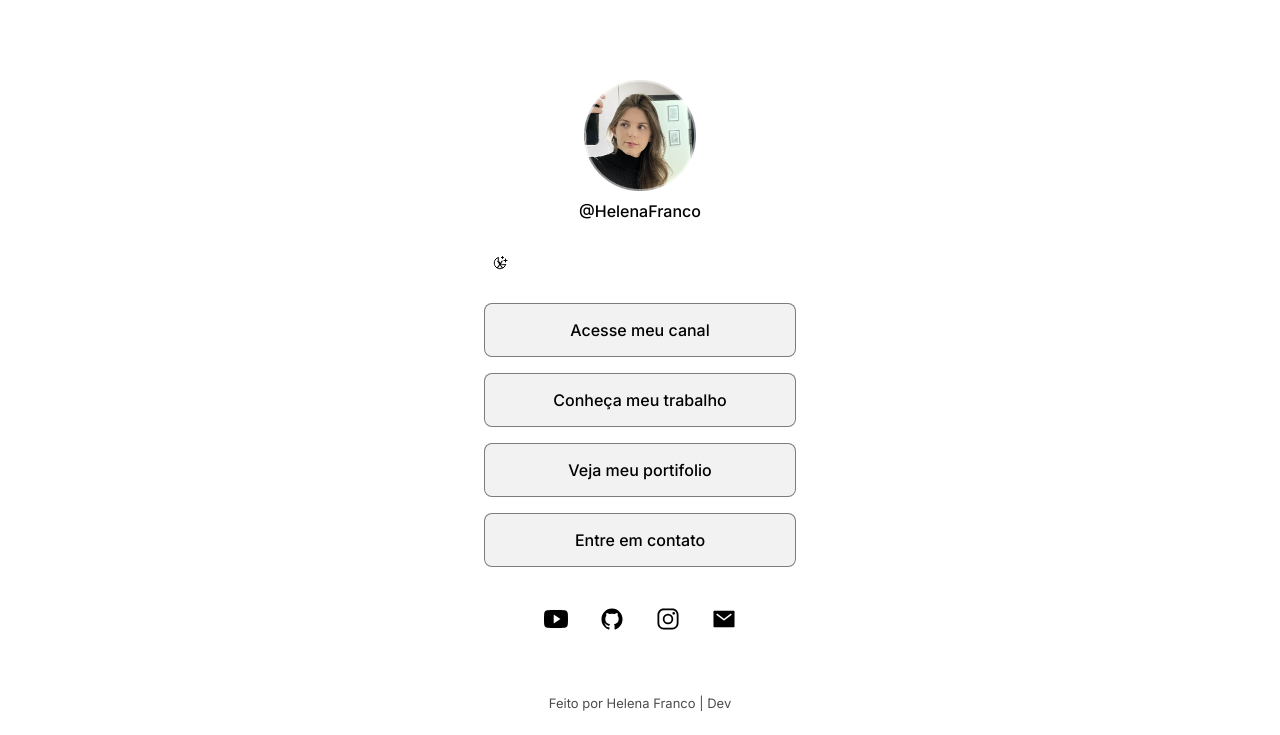
Repository: Fr4nc021/Pagina-de-links-
Page: index.html
An editor plug-in stored every save of this project. The page is shown before and after the next save, followed by the edit.
The browser window is 1280 px wide. The pictures show the whole page.

Above is the page before, as saved 2025-02-15 21:08:45.

### index.html
<!DOCTYPE html>
<html lang="pt-br" class="light">
    <head>
    <link rel="preconnect" href="https://fonts.googleapis.com" />
    <link rel="preconnect" href="https://fonts.gstatic.com" crossorigin
    />
    <link
    href="https://fonts.googleapis.com/css2?family=Inter:ital,opsz,wght@0,14..32,100..900;1,14..32,100..900&display=swap" rel="stylesheet"
    />
    <meta charset="UTF-8" />
    <meta http-equiv="X-UA-Compatible" content="IE=edge" />
    <meta name="viewport" content="width=device-width, initial-scale=1.0" />
    <title>DevLinks</title>
    <link rel="stylesheet" href="style.css" />
</head>
<body>
    <div id="container">
    <div id="profile">
    <img
        src="./assets/avatar.png"
        alt="Foto da Helena Franco sorrindo">
        <p>@HelenaFranco</p>
    </div>
    <div id="switch">
        <button>x</button>
        <span></span>
    </div>

    <div>
        <ul>
            <li>
                <a href="#" target="_blank">Acesse meu canal</a>
            </li>
            <li>
                <a href="#" target="_blank">Conheça meu trabalho</a>
            </li>
            <li>
                <a href="#" target="_blank">Veja meu portifolio</a>
            </li>
            <li>
                <a href="#" target="_blank">Entre em contato</a>
            </li>
        </ul>
    </div>
        <div id="social-links">
            <a href="https://www.youtube.com/@FR4NC021" target="_blank">
            <ion-icon name="logo-youtube"></ion-icon></a>

            <a href="https://github.com/Fr4nc021" target="_blank">
            <ion-icon name="logo-github"></ion-icon></a>

            <a href="https://www.instagram.com/h.franco__/" target="_blank">
            <ion-icon name="logo-instagram"></ion-icon></a>

            <a href="https://w.app/doczx7" target="_blank">
            <ion-icon name="mail-sharp"></ion-icon></a>
        </div>

        <footer>
            Feito por Helena Franco | Dev
        </footer>
    </div>
    <script
    type="module"
    src="https://unpkg.com/ionicons@7.1.0/dist/ionicons/ionicons.esm.js" ></script>
<script
nomodule
src = "https://unpkg.com/ionicons@7.1.0/dist/ionicons/ionicons.js" ></script>
</body>
</html>

### style.css
* {
    margin: 0%;
    padding: 0%;
    box-sizing: border-box;
}

:root {
    --text-color: white;
    --bg-url: url(./assets/bg-mobile.jpg);
    --strock-color: rgba(255, 255, 255, 0.5);
    --surface-color: rgba(255, 255, 255, 0.1);
    --surface-color-hover: rgba(0, 0, 0, 0.02);
    --highlight-color: rgba(255, 255, 255, 0.2);
}

.light {
    --text-color: black;
    --bg-url: url(./assets/bg-mobile-light.jpg);
    --strock-color: rgba(15, 5, 5, 0.5);
    --surface-color: rgba(0, 0, 0, 0.05);
    --surface-color-hover: rgba(0, 0, 0, 0.02);
    --highlight-color: rgba(0, 0, 0, 0.1);


}

body {
background: --var(--bg-url) no-repeat top center/cover;
color: var(--text-color);
}

body * {
        font-family: "Inter", sans-serif;
        color: var(--text-color);
    }

#container {
    width: 360px;
    margin: 56px auto 0px;
    padding: 0 24px;
}

#profile img {
    width: 112px;
    display: block;
    margin: auto;

}

#profile {
    text-align: center;
    padding: 24px;
}

#profile p {
    font-weight: 500;
    line-height: 24px;
    margin-top: 8px;
}

#switch button {
    width: 32px;
    height: 32px;
    background: white url(./assets/moon-stars.svg) no-repeat center;
    border: 0;
    border-radius: 50%;

}

/* Links */

ul{
    list-style: none;
    display: flex;
    flex-direction: column;
    gap: 16px;

    padding: 24px 0;
}

ul li a {

        display: flex;
        align-items: center;
        justify-content: center;

        padding: 16px 24px;

        background: var(--surface-color);
        border: 1px solid var(--strock-color);
        border-radius: 8px;

        -webkit-backdrop-filter: blur(4px);
        backdrop-filter: blur(4px);

        text-decoration: none;
        font-weight: 500;

        transition: background 0.2s;
    }

    /* pseudo-selector */

    ul li a:hover {
        background: var(--surface-color-hover);
        border: 1.5px solid var(--text-color);
    }

    #social-links {
        display: flex;
        justify-content: center;

        margin-top: 24px 0;

        font-size:24px;
    }

    #social-links a {
        display: flex;
        align-items: center;
        justify-content: center;
        padding: 16px;

        transition: 0.2s;
        border-radius: 50%;
    }


    #social-links a:hover {
        background:--var(--highlight-color);
    }

    footer {
        padding: 24px;
        text-align: center;
        margin-top: 24px;
        font-size: small;
        opacity: 0.7;

    }

### assets/moon-stars.svg
<svg width="16" height="16" viewBox="0 0 16 16" fill="none" xmlns="http://www.w3.org/2000/svg">
<path d="M13.5 7V4" stroke="black" stroke-linecap="round" stroke-linejoin="round"/>
<path d="M15 5.5H12" stroke="black" stroke-linecap="round" stroke-linejoin="round"/>
<path d="M10.5 1.5V3.5" stroke="black" stroke-linecap="round" stroke-linejoin="round"/>
<path d="M11.5 2.5H9.5" stroke="black" stroke-linecap="round" stroke-linejoin="round"/>
<path d="M13.5436 9.53755C12.562 9.81283 11.5247 9.82185 10.5384 9.56369C9.55211 9.30553 8.65229 8.78949 7.93137 8.06857C7.21045 7.34765 6.69442 6.44783 6.43626 5.46152C6.1781 4.47522 6.18712 3.43797 6.46239 2.4563C5.49456 2.72568 4.61419 3.24394 3.90898 3.95944C3.20377 4.67495 2.69833 5.56274 2.44301 6.53438C2.18769 7.50602 2.19139 8.52759 2.45375 9.49736C2.71611 10.4671 3.22797 11.3512 3.93835 12.0616C4.64872 12.772 5.53282 13.2838 6.50259 13.5462C7.47235 13.8086 8.49393 13.8123 9.46556 13.5569C10.4372 13.3016 11.325 12.7962 12.0405 12.091C12.756 11.3858 13.2743 10.5054 13.5436 9.53755Z" stroke="black" stroke-linecap="round" stroke-linejoin="round"/>
</svg>

After the next save:
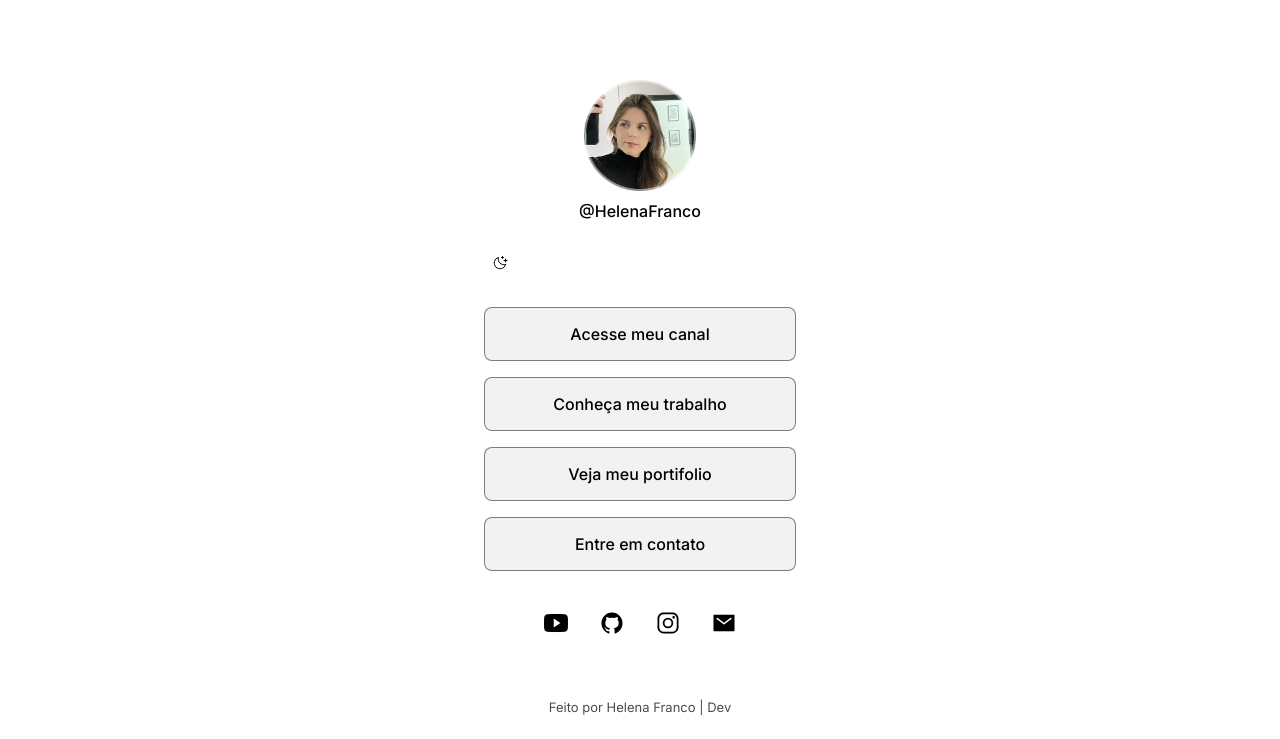
Saved 32 s later.
--- a/index.html
+++ b/index.html
@@ -22,7 +22,7 @@
         <p>@HelenaFranco</p>
     </div>
     <div id="switch">
-        <button>x</button>
+        <button></button>
         <span></span>
     </div>
 
